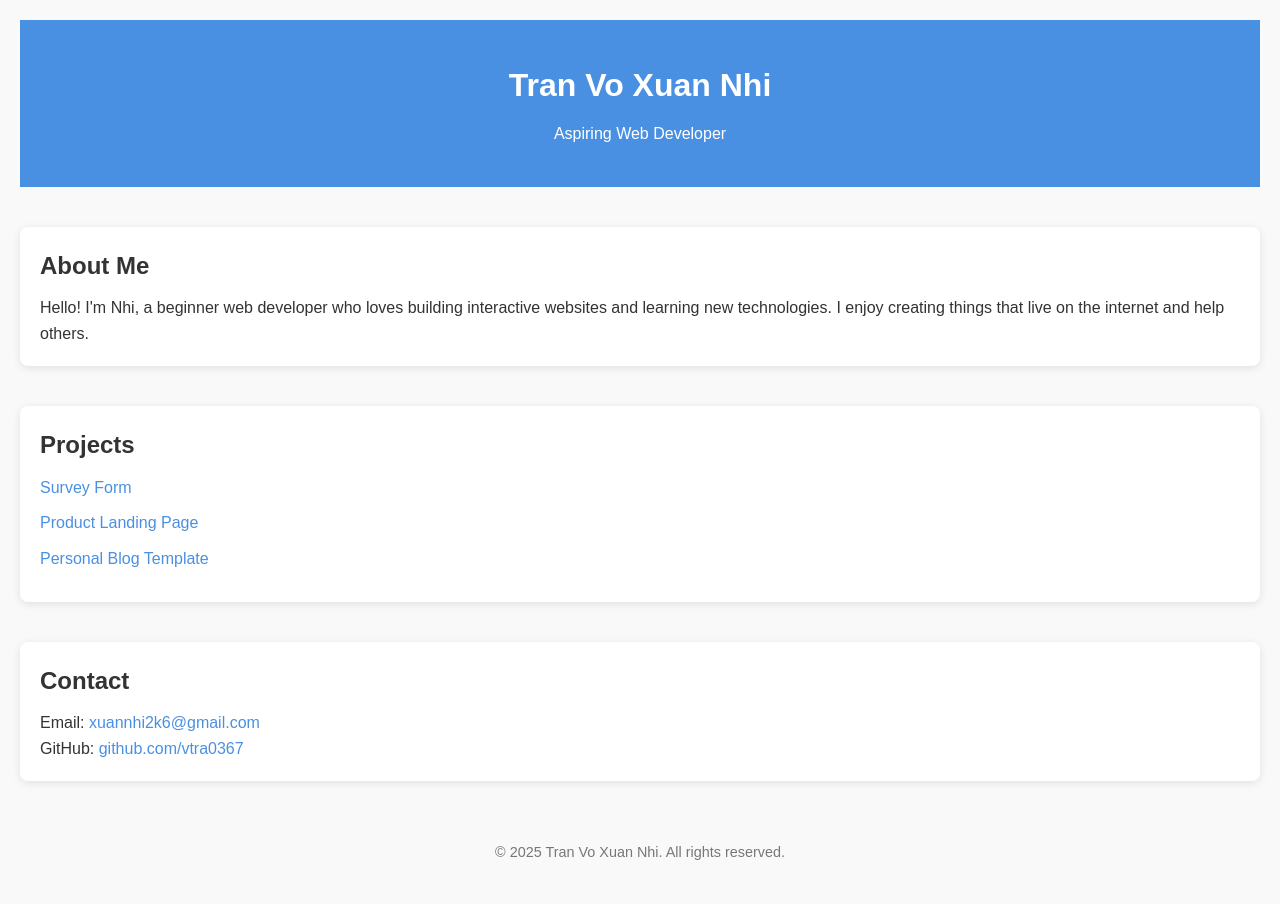
Repository: vtra0367/vtra0367.github.io
Page: index.html
These files come from the project's save history. The page is drawn as it stood at one moment and after the next save; the edit follows.
The browser window is 1280 px wide. The pictures show the whole page.

Above is the page before, as saved 2025-08-06 12:00:53.

After the next save:
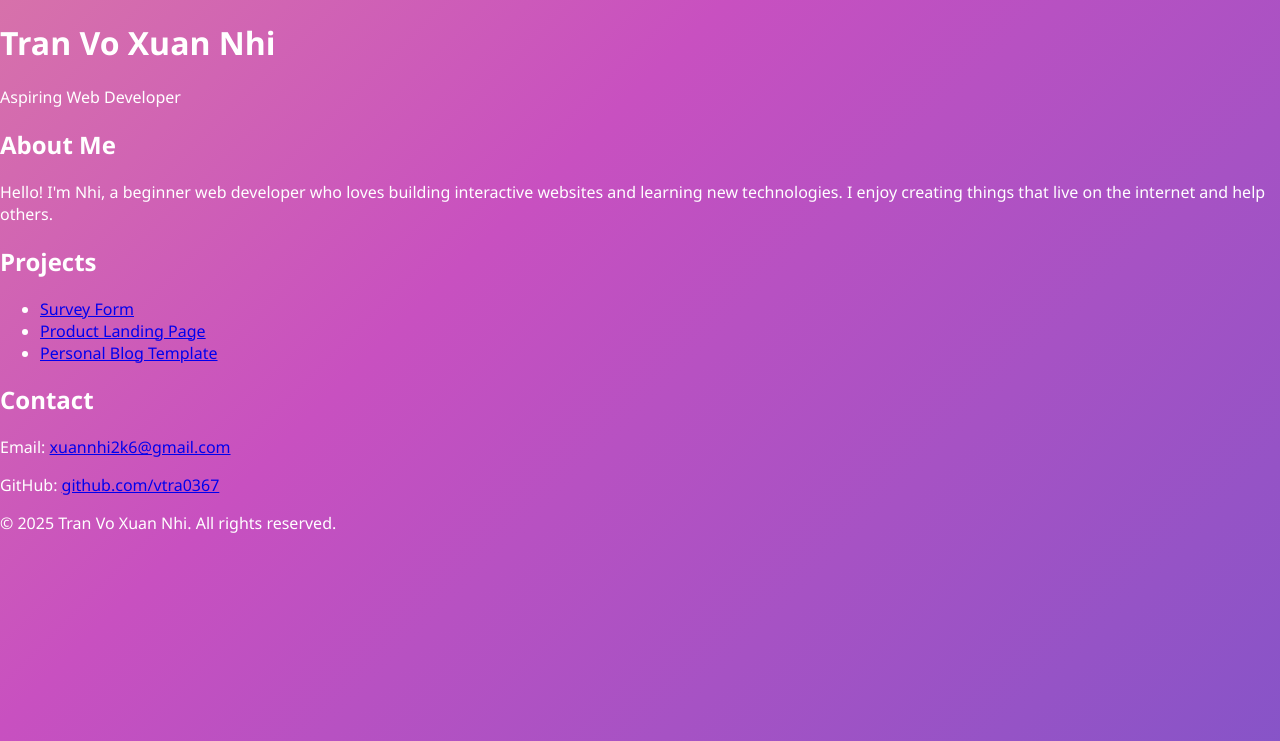
Saved 62 min 4 s later.
--- a/style.css
+++ b/style.css
@@ -1,56 +1,73 @@
-/* Reset default browser styles */
-body, h1, h2, p, ul {
+/* === FULL PAGE BACKGROUND ANIMATION === */
+body {
     margin: 0;
     padding: 0;
+    min-height: 100vh;
+    font-family: 'Segoe UI', sans-serif;
+    color: #fff;
+    background: linear-gradient(-45deg, #4158D0, #C850C0, #FFCC70, #00DBDE);
+    background-size: 400% 400%;
+    animation: gradientBG 15s ease infinite;
   }
 
-  body {
-    font-family: Arial, sans-serif;
-    background: #f9f9f9;
-    color: #333;
-    line-height: 1.6;
-    padding: 20px;
+  @keyframes gradientBG {
+    0% {
+      background-position: 0% 50%;
+    }
+    50% {
+      background-position: 100% 50%;
+    }
+    100% {
+      background-position: 0% 50%;
+    }
+
+    header {
+        text-align: center;
+        padding: 60px 20px 20px;
+      }
+
+      header h1 {
+        font-size: 3em;
+        margin-bottom: 10px;
+      }
+
+      header p {
+        font-size: 1.3em;
+        color: #eee;
+      }
+
+      section {
+        max-width: 800px;
+        margin: 40px auto;
+        padding: 20px;
+        background: rgba(0, 0, 0, 0.3);
+        border-radius: 12px;
+      }
+
+      section h2 {
+        color: #FFEDDA;
+        margin-bottom: 10px;
+      }
+
+      ul {
+        padding-left: 20px;
+      }
+
+      li a {
+        color: #FFD6EC;
+        text-decoration: none;
+      }
+
+      li a:hover {
+        text-decoration: underline;
+      }
+
+      footer {
+        text-align: center;
+        padding: 20px;
+        font-size: 0.9em;
+        background: rgba(0, 0, 0, 0.2);
+        margin-top: 40px;
+      }
+
   }
-
-  header {
-    background-color: #4a90e2;
-    color: white;
-    text-align: center;
-    padding: 40px 20px;
-  }
-
-  section {
-    margin: 40px 0;
-    padding: 20px;
-    background-color: white;
-    border-radius: 8px;
-    box-shadow: 0 2px 8px rgba(0,0,0,0.1);
-  }
-
-  h1, h2 {
-    margin-bottom: 10px;
-  }
-
-  ul {
-    list-style-type: none;
-  }
-
-  ul li {
-    margin: 10px 0;
-  }
-
-  a {
-    color: #4a90e2;
-    text-decoration: none;
-  }
-
-  a:hover {
-    text-decoration: underline;
-  }
-
-  footer {
-    text-align: center;
-    padding: 20px;
-    font-size: 0.9em;
-    color: #777;
-  }
